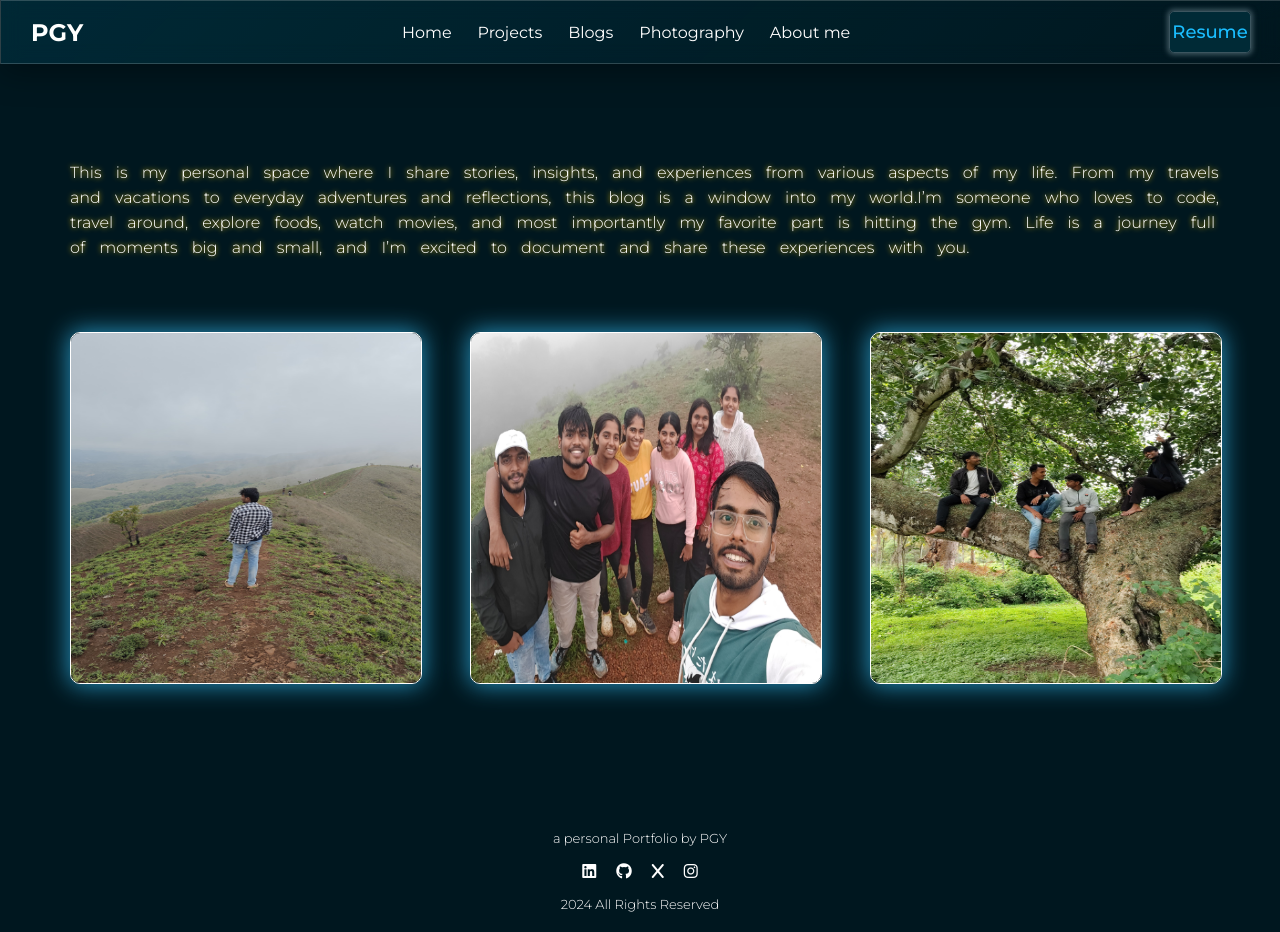
Repository: pgyunknown/pgyunknown
Page: personal_blog.html
An editor plug-in stored every save of this project. The page is shown before and after the next save, followed by the edit.
The browser window is 1280 px wide. The pictures show the whole page.
Some web libraries are served in a nearby version.

Above is the page before, as saved 2024-08-22 11:05:32.

### personal_blog.html
<!DOCTYPE html>
<html lang="en">
<head>
    <meta charset="UTF-8">
    <meta name="viewport" content="width=device-width, initial-scale=1.0">
    <title>Personal portfolio</title>
    <link rel="stylesheet" href="personal_blog.css">
    <link rel="preconnect" href="https://fonts.googleapis.com">
<link rel="preconnect" href="https://fonts.gstatic.com" crossorigin>
<link href="https://fonts.googleapis.com/css2?family=Libre+Baskerville:ital,wght@0,400;0,700;1,400&family=Montserrat:ital,wght@0,100..900;1,100..900&family=Titillium+Web:ital,wght@0,200;0,300;0,400;0,600;0,700;0,900;1,200;1,300;1,400;1,600;1,700&display=swap" rel="stylesheet">
<link rel="stylesheet" href="https://cdnjs.cloudflare.com/ajax/libs/font-awesome/6.6.0/css/all.min.css" integrity="sha512-Kc323vGBEqzTmouAECnVceyQqyqdsSiqLQISBL29aUW4U/M7pSPA/gEUZQqv1cwx4OnYxTxve5UMg5GT6L4JJg==" crossorigin="anonymous" referrerpolicy="no-referrer" />
</head>
<body>
    <header>
        <div class="pgy_con">
                <div class="pgy"><a href="#">PGY</a></div>
        </div>
        <nav>
                <div class="nav_bar">
                <a href="#" id="home">Home</a>
                <a href="#"id="projects">Projects</a>
                <a href="blog.html"id="blogs">Blogs</a>
                <a href="#"id="photo">Photography</a>
                <a href="#"id="About">About me</a>
                </div>
            </nav>
        <div class="resume_con">
                <button>Resume</button>
        </div>
    </header>
    <main>
        <div class="personal_intro"><p>This is my personal space where I share stories, insights, and experiences from various aspects of my life. From my travels and vacations to everyday adventures and reflections, this blog is a window into my world.I’m someone who loves to code, travel around, explore foods, watch movies, and most importantly my favorite part is hitting the gym. Life is a journey full of moments big and small, and I’m excited to document and share these experiences with you. </p></div>

        <div class="contianer1">
        <div ><img src="imgs/WhatsApp Image 2024-08-16 at 18.40.53_9c257726.jpg" alt=""></div>
        <div ><img src="imgs/WhatsApp Image 2024-08-16 at 18.40.52_35491df1.jpg" alt=""></div>
        <div ><img src="imgs/WhatsApp Image 2024-08-16 at 18.34.26_5f8bc427.jpg" alt=""></div>
        </div>
        </main>

        <footer>
        <div class="footer_port">a personal Portfolio by PGY</div>
        <div class="footer_icons">
            <a href="https://www.linkedin.com/in/p-gokul-yadav-82548a295?utm_source=share&utm_campaign=share_via&utm_content=profile&utm_medium=android_app" alt="Gokul's linkedin profile" target="_blank"><i class="fa-brands fa-linkedin"></i></a>
            <a href="https://github.com/pgyunknown" alt="Gokul Github profile" target="_blank" alt="Gokul's Github profile" ><i class="fa-brands fa-github"></i></a>
            <a href=" https://x.com/cody_hunk?t=EkARfGCWhhBT_BHbby4DGw&s=08 " target="_blank" alt="Gokul's X profile" ><i class="fa-brands fa-x" ></i></a>
            <a href="#" target="_blank" alt="Gokul's fa-instagram profile" ><i class="fa-brands fa-instagram" ></i></a>
        </div>
        <div class="copyrights">2024 All Rights Reserved</div>
    </footer>

### personal_blog.css
*{margin: 0px;
    padding: 0px;
}
body{
    background-color: #00171F;
    color: white;
    box-sizing: border-box;


}
a{
    text-decoration: none;
    color: inherit;
}

header{
    display: flex;
    justify-content: space-between;
    align-items: center;
    padding: 10px;
    /* Glassy effect */
    background: linear-gradient(135deg, rgba(0, 200, 255, 0.1), rgba(255, 255, 255, 0));
    backdrop-filter: blur(10px);
    -webkit-backdrop-filter: blur(10px);
    border:1px solid rgba(255, 255, 255, 0.18);
    box-shadow: 0 8px 32px 0 rgba(0, 0, 0, 0.37);

    overflow: hidden;
    position: fixed; /* Set the navbar to fixed position */
    top: 0; /* Position the navbar at the top of the page */
    width: 100%;
}

.pgy_con
{
    margin-left: 20px;
    font-family: "Montserrat", sans-serif;
    font-optical-sizing: auto;
    font-size: x-large;
    font-weight: 700;
    font-style: normal;
    align-items: end;

}

.pgy_con .pgy a{
    text-decoration: none;
}
.nav_bar {
        /* height: 50px; */
    width: 500px;
    display: flex;
    justify-content: space-evenly;

    transition-property: all;
    transition-timing-function: ease-in-out;
    transition-delay: 1s;


}

.nav_bar a{
    box-sizing: border-box;
    font-family: "Montserrat", sans-serif;
    font-optical-sizing: auto;
    font-weight: 400;
    font-style: normal
    text-decoration: none;
    justify-content: space-around;
    align-items: center;
    padding-top:10px;
    padding-bottom :10px;
    /* padding-right:10px ;
    padding-left:10px ; */
}

.nav_bar a:hover{
    color: #FFC107;
    text-shadow: #FFC107 0px 0px  1px;
    border-bottom: 0.5px solid #FFC107;


}


.resume_con {
    display: flex;
    justify-content: center;
    margin-right: 20px;
    background-color: #00171F;
    margin-right: 40px;
}
.resume_con button{
    background-color:rgba(0, 200, 255, 0.1);
    box-sizing: content-box;
    height: 2.5rem;
    width: 5rem;
    font-family: "Montserrat", sans-serif;
    font-optical-sizing: auto;
    font-size: large;
    font-weight: 500;
    font-style: normal;
    color: #1ABEFF;
    border: 0.0001px solid #3c555f;
    border-radius: 0.3rem;
    box-shadow: 0px 0px 5px 2px #3c555f;

}
    main{
    display: flex;
    flex-direction:column ;
    align-items: center;
    justify-content: center;
    height: 600px;
    width: 90%;
    /* justify-content:space-around; */
    align-items: center;
    padding: 50px;
    margin: 60px 20px 70px 20px;
}
main .personal_intro{
    display: flex;
    flex-direction: row;
    font-family: "Montserrat", sans-serif;
    font-optical-sizing: auto;
    font-size: medium;
    font-weight: 300;
    font-style: normal;
    margin-top: 50px;
    margin-bottom: 50px;
    word-spacing: 10px;
    line-height: 25px;
    text-shadow: #FC0 0 0 5px;
}

main{

}
main .contianer1{
    display: flex;
    flex-direction: row;
    justify-content: space-between;
    align-items: center;
    height: 500px;
    width: 100%;
    padding: 20px;
}

main .contianer1 img{
    height: 350px;
    width: 350px;
    border-radius:10px;
    border: 1px solid #ffffff;
    box-shadow: 0px 0px 25px 1px #2792bd;
}

footer{
    display: flex;
    flex-direction:column;
    justify-content: center;
    align-items: center;
    margin-top: 20px;
    margin-bottom: 20px;
    font-family: "Montserrat", sans-serif;
    font-optical-sizing: auto;
    font-size: small;
    font-weight: 300;
    font-style: normal;
}

.footer_icons{
    display: flex;
    justify-content: center;
    align-items: center;
    width: 50px;
    height: 50px;
}



.copyrights{
    display: flex;
    justify-content: center;
    align-items: center;
}

.footer_icons a{
font-size: medium;
padding: 10px;
width: 50px;
height: 50px;
display: flex;
justify-content: center;
align-items: center;
}

After the next save:
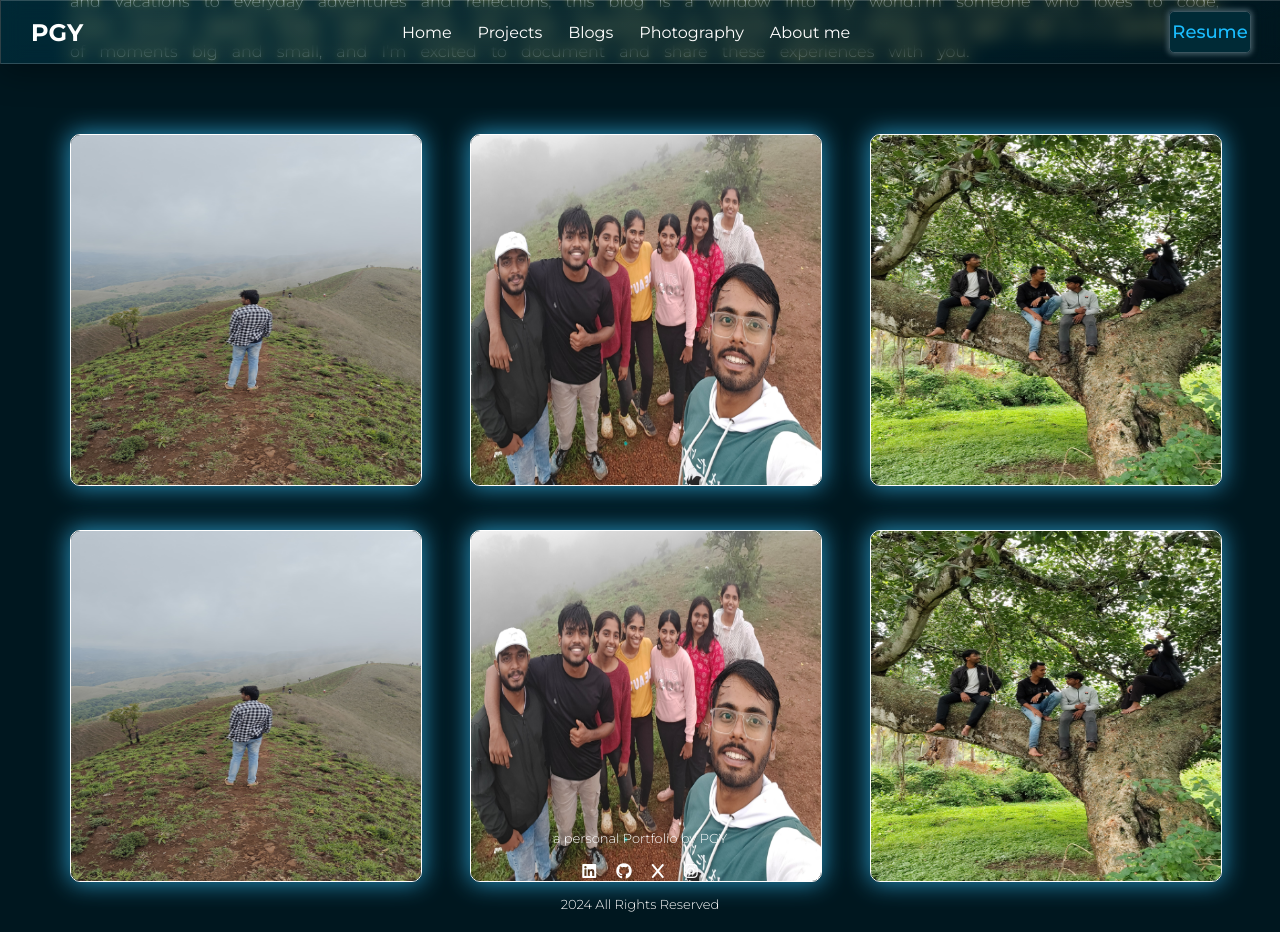
Saved 11 s later.
--- a/personal_blog.html
+++ b/personal_blog.html
@@ -36,6 +36,12 @@
         <div ><img src="imgs/WhatsApp Image 2024-08-16 at 18.40.52_35491df1.jpg" alt=""></div>
         <div ><img src="imgs/WhatsApp Image 2024-08-16 at 18.34.26_5f8bc427.jpg" alt=""></div>
         </div>
+
+                <div class="contianer1">
+        <div ><img src="imgs/WhatsApp Image 2024-08-16 at 18.40.53_9c257726.jpg" alt=""></div>
+        <div ><img src="imgs/WhatsApp Image 2024-08-16 at 18.40.52_35491df1.jpg" alt=""></div>
+        <div ><img src="imgs/WhatsApp Image 2024-08-16 at 18.34.26_5f8bc427.jpg" alt=""></div>
+        </div>
         </main>
 
         <footer>
